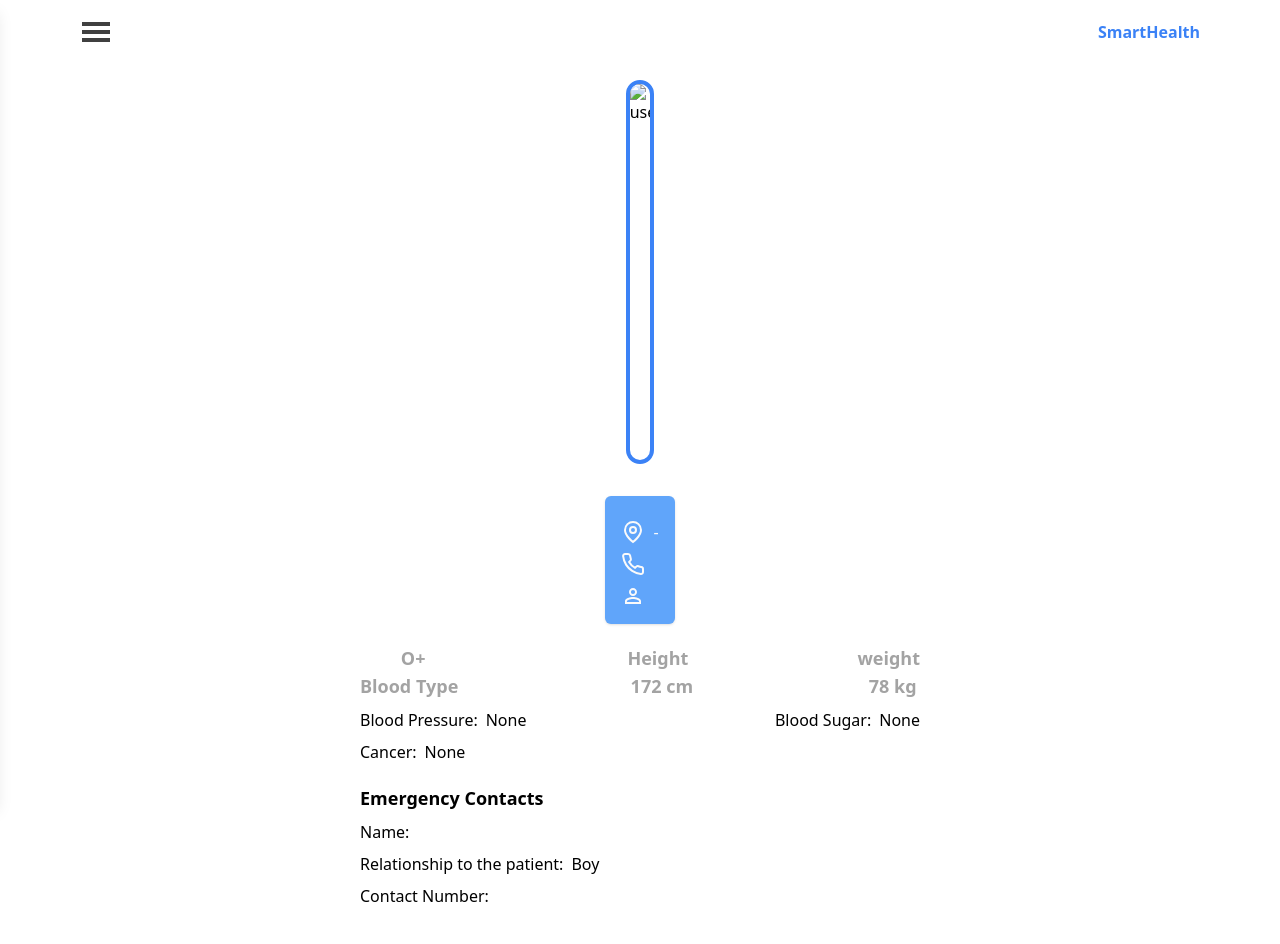
Repository: Sanaa00/HI-user
Page: /home
These files come from the project's save history. The page is drawn as it stood at one moment and after the next save; the edit follows.
The browser window is 1280 px wide. The pictures show the whole page.
The page's requests for data from a server got no answer. The project was rebuilt for these pictures with package versions that can differ from the ones it lists, and the page was loaded fresh each time. No one was signed in, and anything a server would have sent is missing. Also part of the build but not shown: vite.config.js, src/App.css, src/Components/Pagination.jsx, src/Pages/Prescription.jsx, src/Components/modalComponent.jsx, src/Pages/Laboratory.jsx, src/Pages/Radiographic.jsx, src/Components/InputField.jsx and 2 more.

Above is the page before, as saved 2024-01-12 21:05:57.

After the next save:
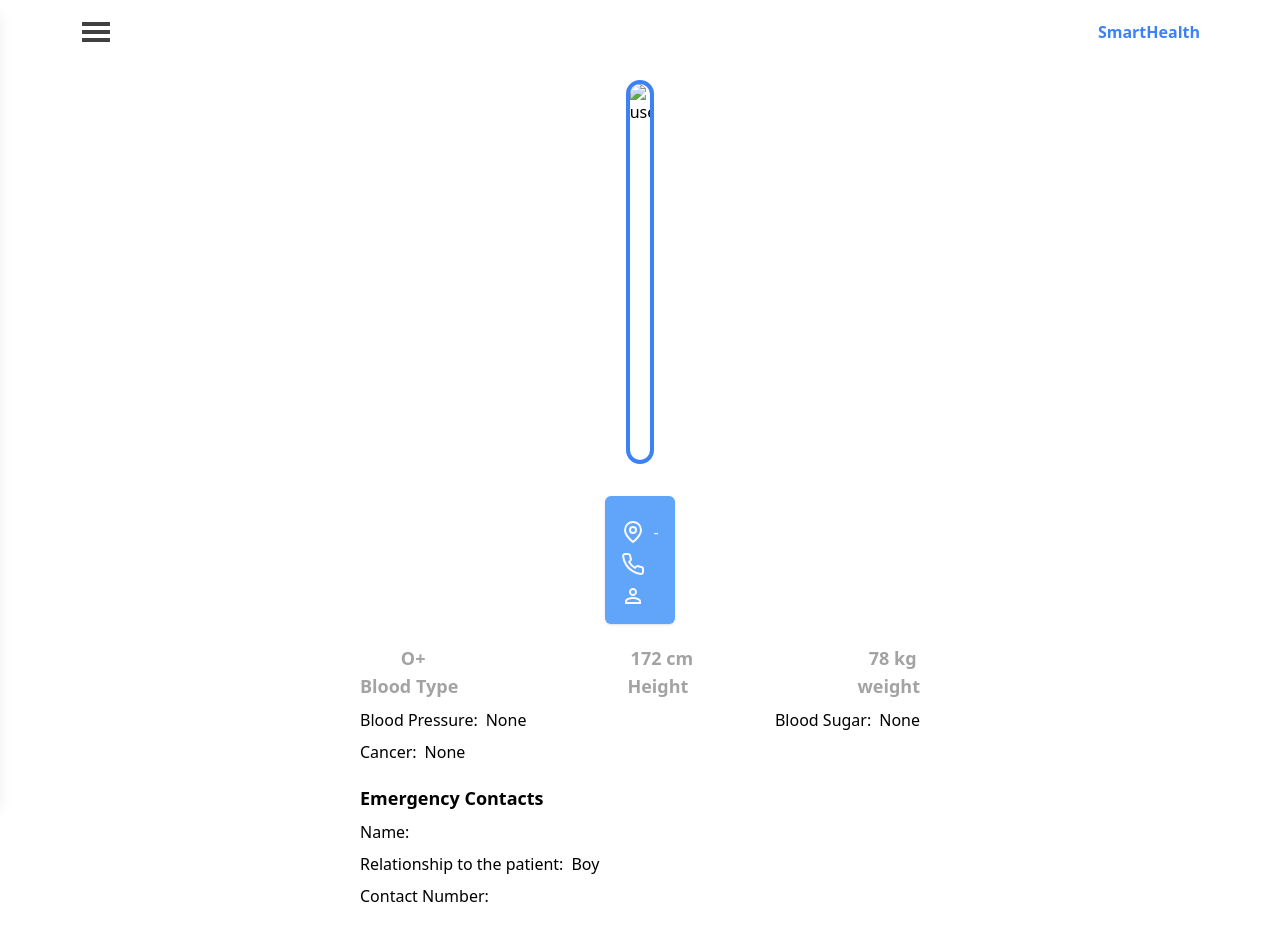
Saved 12 s later.
--- a/src/Pages/Home.jsx
+++ b/src/Pages/Home.jsx
@@ -97,13 +97,12 @@ function Home() {
         {/* <div className="mt-2 flex justify-between items-center lg:w-1/2"> */}
         <span className="flex flex-col items-center">
           {' '}
-          <span>Height</span>
-          <span className="ml-2">172 cm</span>
+          <span className="ml-2">172 cm</span> <span>Height</span>
         </span>{' '}
         <span className="flex flex-col items-center">
           {' '}
+          <span className="ml-2">78 kg</span>
           <span>weight</span>
-          <span className="ml-2">78 kg</span>
         </span>{' '}
       </div>{' '}
       {/* </div> */}
